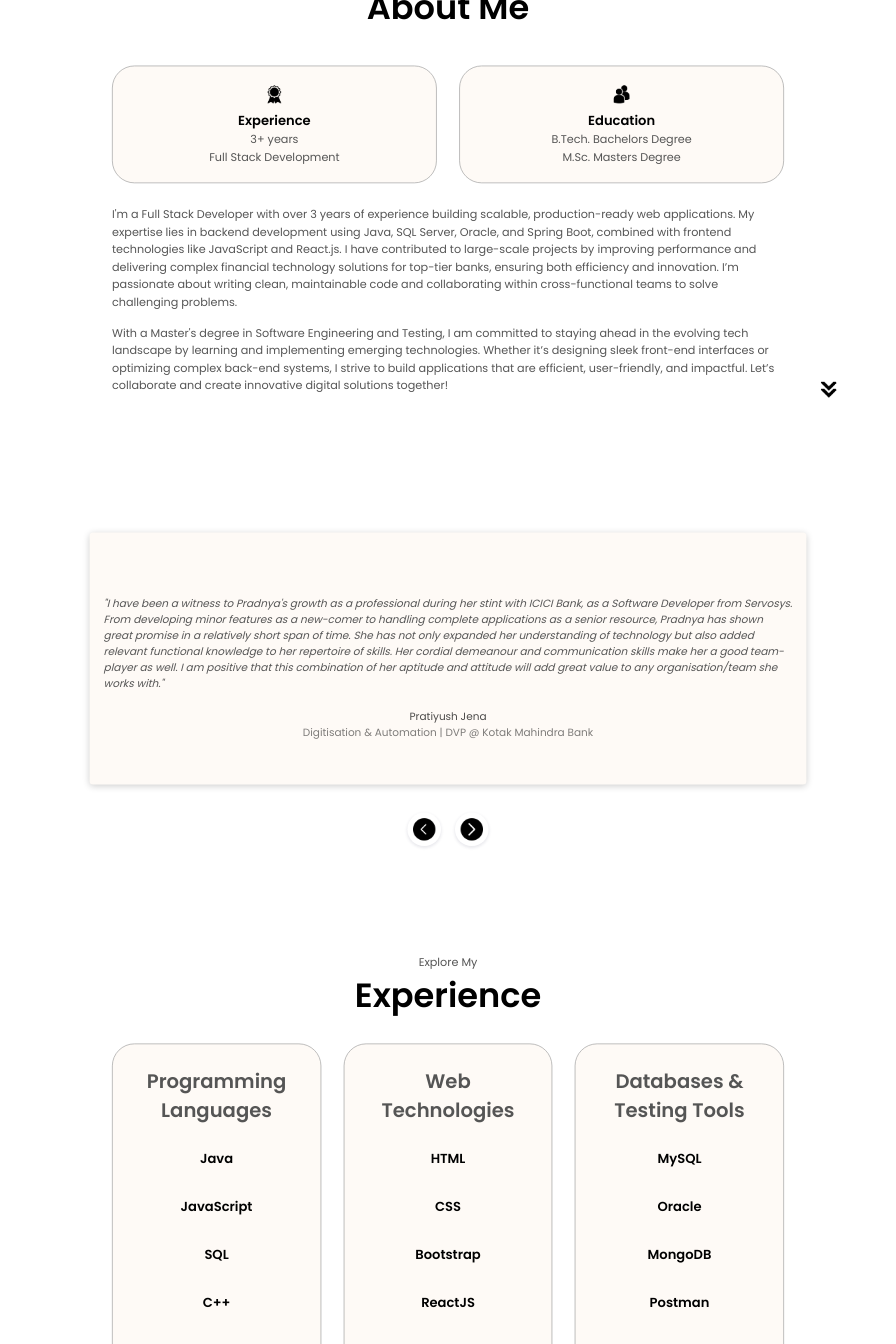
Repository: Pradnya-07/Portfolio-Pradnya
Page: index.html
An editor plug-in stored every save of this project. The page is shown before and after the next save, followed by the edit.
The browser window is 1280 px wide. The pictures show the part of the page from y = 894 to 2814 px (the page is 5307 px tall), at 70% of full size.

Above is the page before, as saved 2025-05-02 10:27:07.

After the next save:
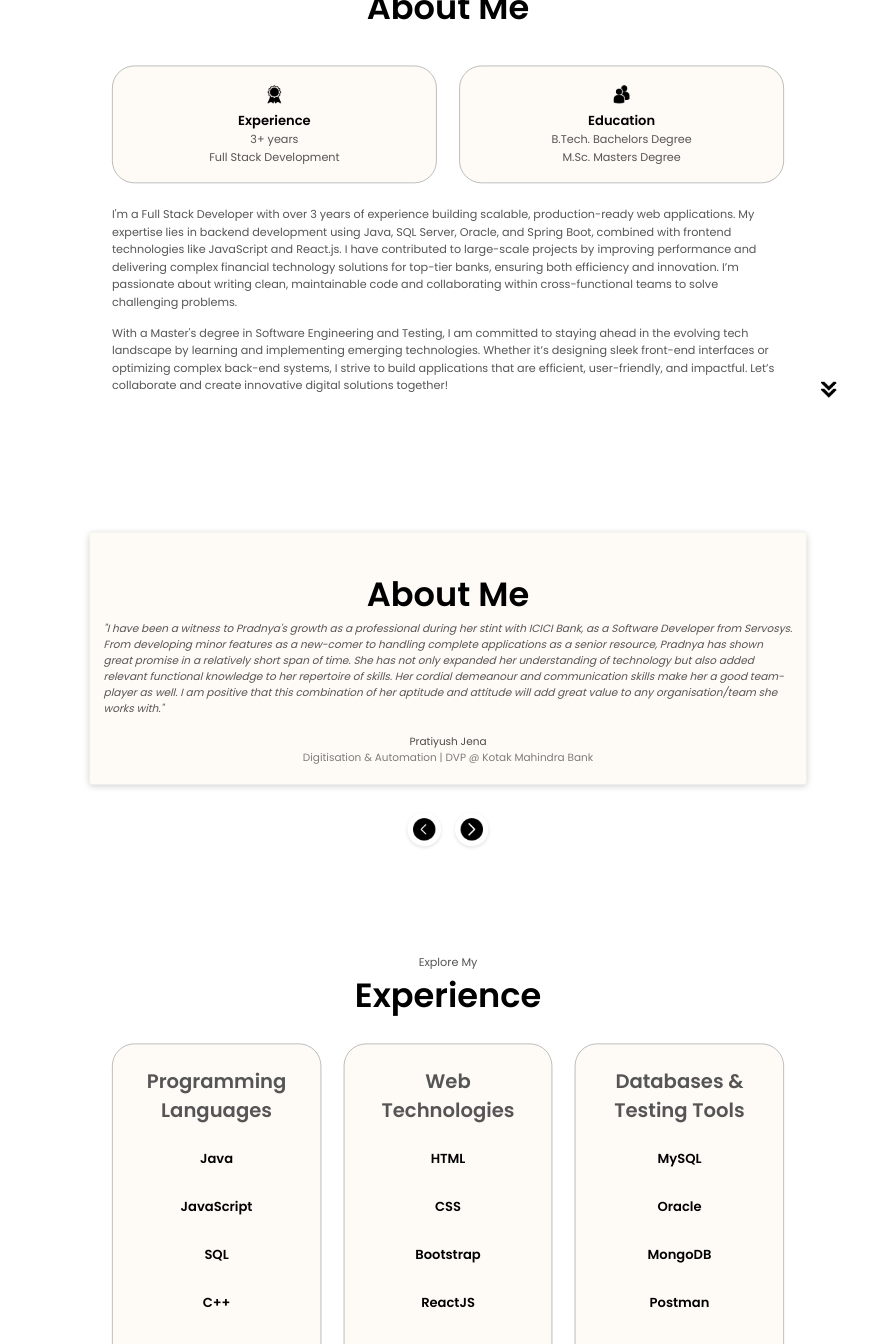
Saved 4 min 28 s later.
--- a/index.html
+++ b/index.html
@@ -123,6 +123,7 @@
 
  <div class="testimonials-container">
     <div class="testimonial">
+      <h1 class="title">About Me</h1>
       <p>
         "I have been a witness to Pradnya's growth as a professional during her stint with ICICI Bank, as a Software Developer from Servosys.
          From developing minor features as a new-comer to handling complete applications as a senior resource, Pradnya has shown great promise in a relatively short span of time.
